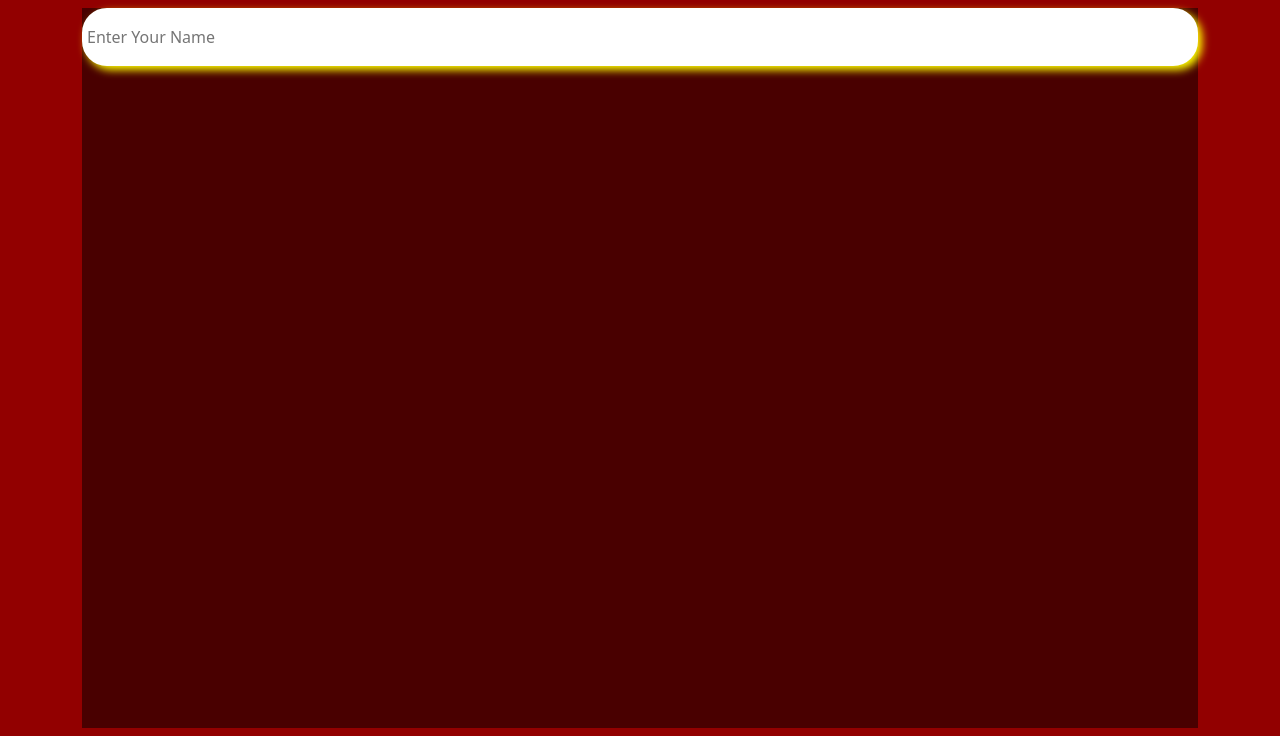
Repository: Haneef-Shaik/Greetings
Page: /
The author's editor kept a copy of each file at every save. The page is drawn from the files as they stood at one save, then again after the next save.
The browser window is 1280 px wide. The pictures show the whole page.
The project was rebuilt for these pictures with package versions that can differ from the ones it lists, and the page was loaded fresh each time. The framework's server and built-in components were replaced by stand-ins that run in the browser. Also part of the build but not shown: next.config.js, styles/card.module.scss, components/card.js, styles/socialShare.module.scss, components/socialShare.js.

Above is the page before, as saved 2021-12-01 20:10:25.

### pages/_app.js
import '../styles/globals.css'
import 'bootstrap/dist/css/bootstrap.css'


function MyApp({ Component, pageProps }) {
  return <Component {...pageProps} />
}

export default MyApp

### pages/index.js
import Card from "../components/card.js";
import {useRouter} from 'next/router';
import Ss from "../components/socialShare"
import InpFrm from "../components/form"

export default function Home() {
  const {query} = useRouter();
  const myurls='https://gratefulprayerthankfulheart.com/wp-content/uploads/2014/12/aquawhitechristmastreegreeting.jpg';

  if(query.length > 0)
  {

    if(query.greeting)
    {
      return (
        <>
          <Card event={query.event} image={query.bgImg} name={query.name} greeting={query.greeting}  />
        </>
          )
    }
    else
    {
      return (
        <>
          <Card event={query.event} image={query.bgImg} name={query.name}  />
        </>
          )
    }

  }
  else
  {
    return (
        <>
          <InpFrm />
        </>
        )
  }
    // return (
    //   <>
        {/* <Card event='Event' image={myurls} name='Name' color='red' greeting="Lorem Ipsum is simply dummy text of the printing and typesetting industry. Lorem Ipsum has been thing software like Aldus PageMaker including versions of Lorem Ipsum."  /> */}
        {/* <Ss mylink="localhost:3000/name=haneef&event=christmas" /> */}
    {/*     <Ss mylink="localhost:3000/name=haneef&event=christmasW&sddsajnodsoduaibdadbksa" /> */}
    //   </>
    //     )

}

### components/form.js
/* eslint-disable no-undef */
import React, {useState,useRef} from 'react'

import 'bootstrap/dist/css/bootstrap.min.css';
import styles from '../styles/form.module.scss';
import IMAGE from 'next/image'


function Edit() {
    return (
        <div className="container-fluid p-2 "  style={{backgroundColor:'#920000'} }>
            <div className="container">
                <div className="row">
                    <div className="col-12">
                        <div className={styles.formContainer} >
                            <form>
                                <input type="text" placeholder="Enter Your Name" className="col-12 inpName" />
                            </form>
                        </div>
                    </div>
                </div>
            </div>
        </div>
    )
}


class InvitationCard extends React.Component{
    render(){
        return (

                <div className="body p-2" style={{backgroundColor: this.props.c,backgroundImage:`url(${this.props.im})`,backgroundSize:350,backgroundRepeat:'no-repeat'}} >
                    <h1 id="heading" style={{color: this.props.heading}}>{this.props.name}</h1>
                    <p style={{marginTop: "50px",color: this.props.content}}>{this.props.message}</p>
                    <p style={{color: this.props.content}} id="toWhom">{this.props.to}</p>
                </div>
        )
    }

}



export default Edit;

### styles/form.module.scss
.formContainer{
    height:100vh;
    background-color:#490000;
    input{
        border:5px solid #FFFFFF;
        border-radius:25px;
        background-color:#fff;
        box-shadow: 4px 4px 8px yellow;
        line-height:3rem;

    }
}

Loaded but not shown: pages/api/hello.js (common file); styles/globals.css (common file)

After the next save:
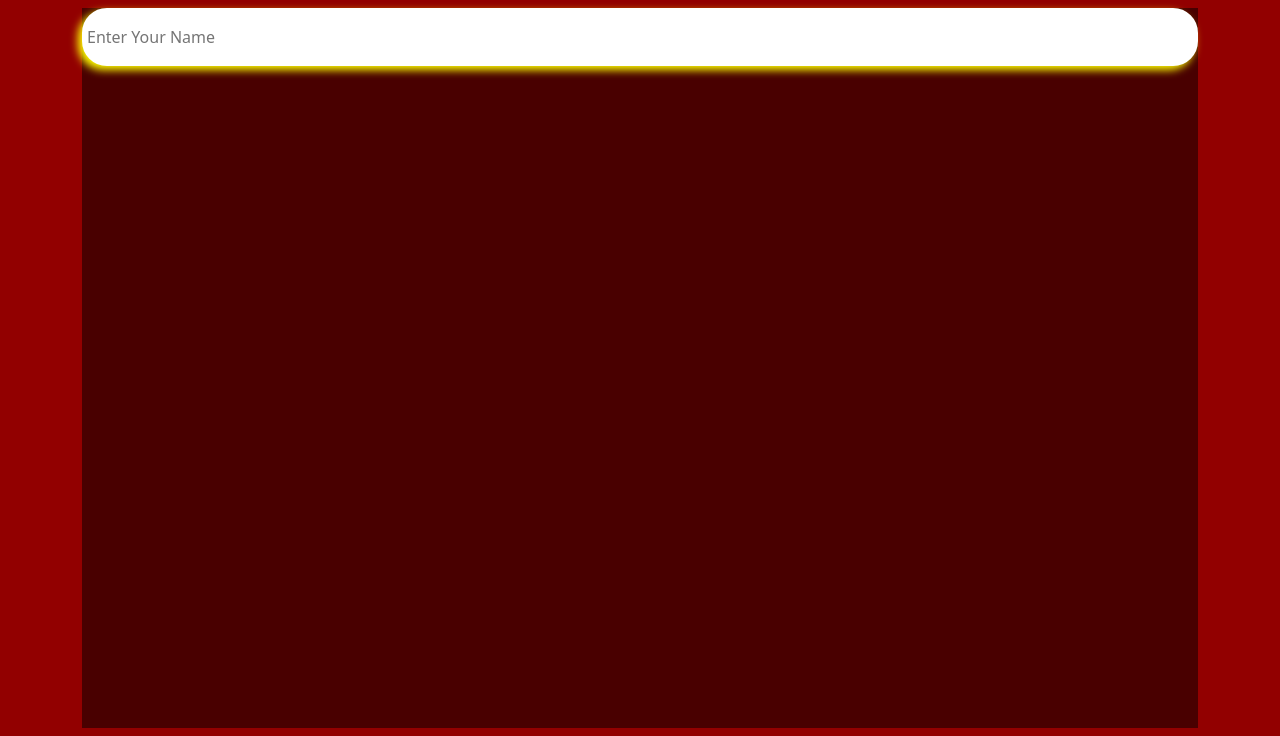
Saved 13 s later.
--- a/styles/form.module.scss
+++ b/styles/form.module.scss
@@ -5,7 +5,7 @@
         border:5px solid #FFFFFF;
         border-radius:25px;
         background-color:#fff;
-        box-shadow: 4px 4px 8px yellow;
+        box-shadow: -4px 4px 8px yellow;
         line-height:3rem;
 
     }
